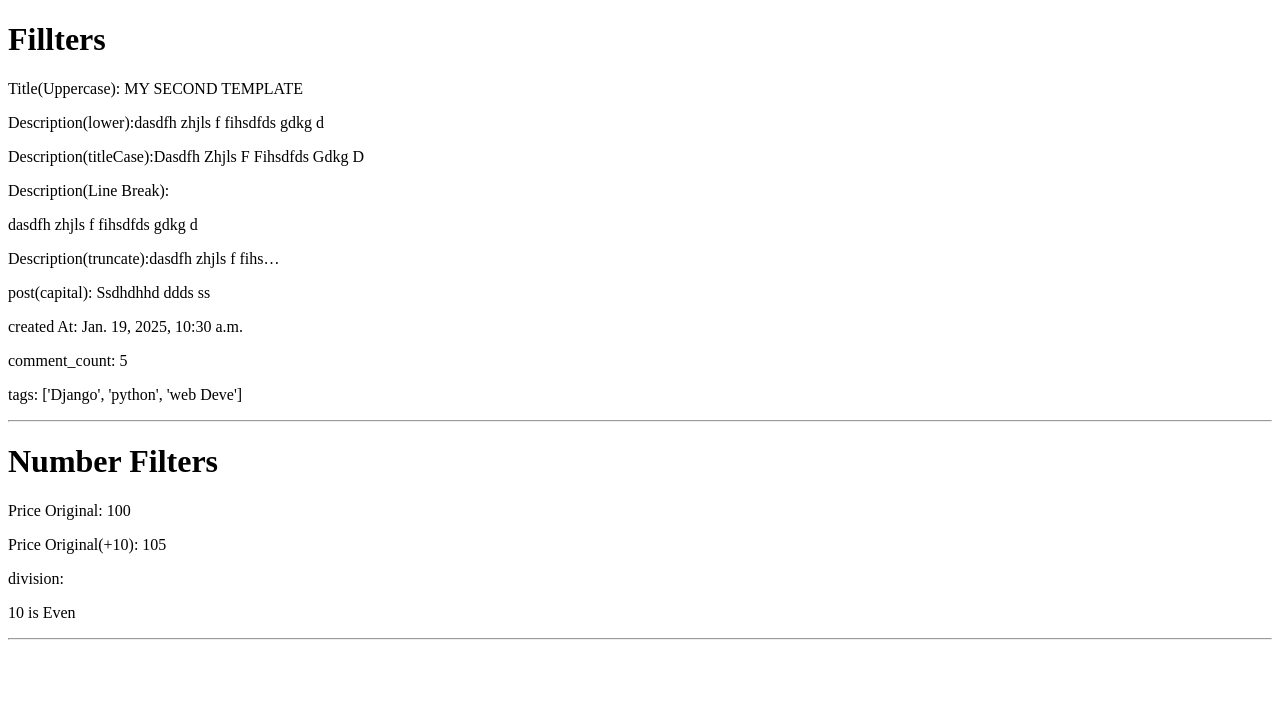
Repository: samratpoudel444/MVT-python
Page: http://localhost/home/
An editor plug-in stored every save of this project. The page is shown before and after the next save, followed by the edit.
The browser window is 1280 px wide. The pictures show the whole page.
The page is served by the project's application, run on Django 5.2 (templatesFilters/manage.py).

Above is the page before, as saved 2025-12-23 14:15:09.

After the next save:
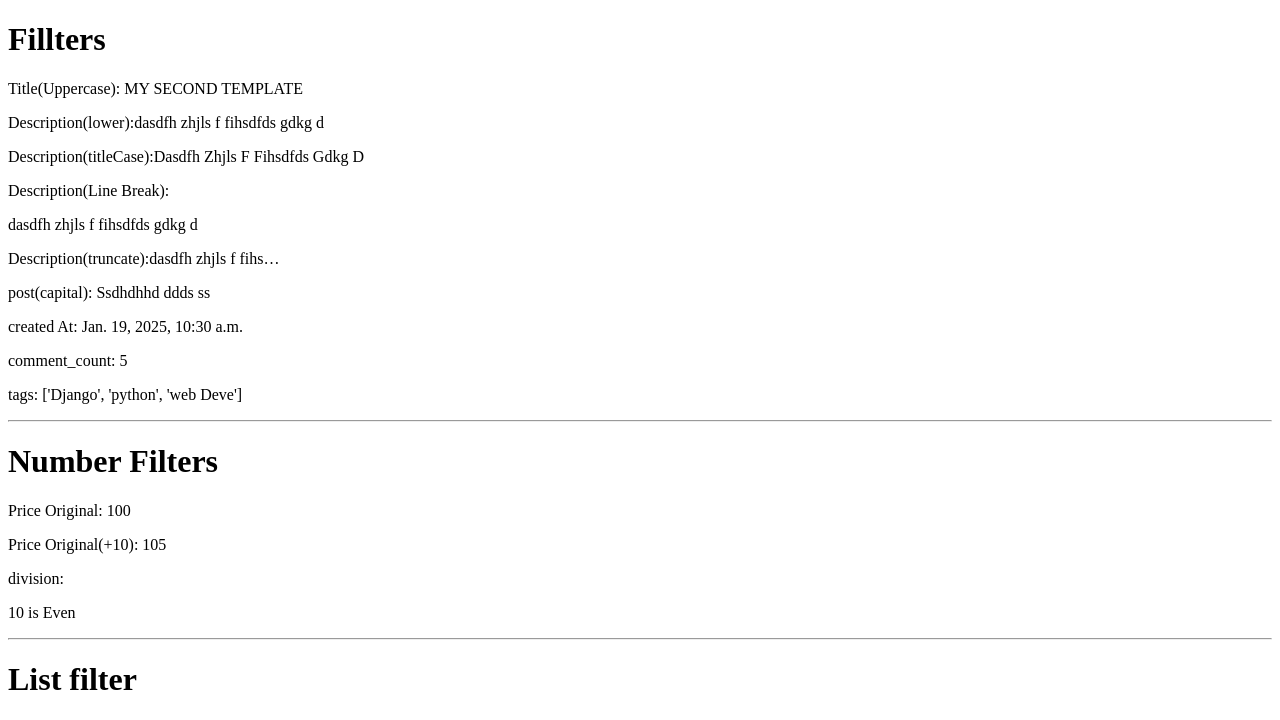
Saved 6 s later.
--- a/templatesFilters/blog/templates/blog/home.html
+++ b/templatesFilters/blog/templates/blog/home.html
@@ -31,7 +31,7 @@
     <p></p>
 
     <hr>
-
+    <h1>List filter</h1>
 
 </body>
 </html>
